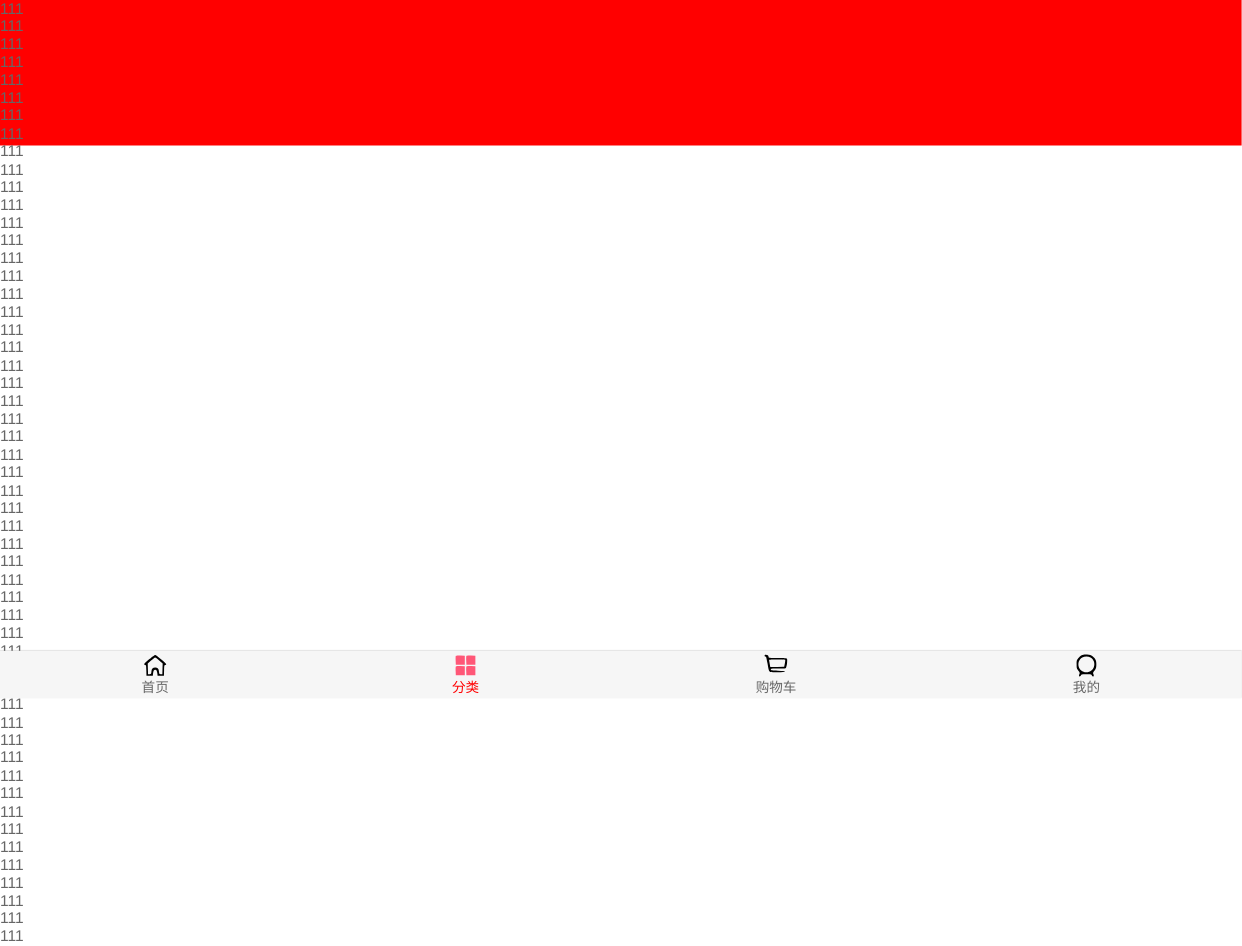
Repository: shihaowengit/mall
Page: /category
These files come from the project's save history. The page is drawn as it stood at one moment and after the next save; the edit follows.
The browser window is 1280 px wide. The pictures show the whole page, at 97% of full size.
The project was rebuilt for these pictures with package versions that can differ from the ones it lists, and the page was loaded fresh each time. Also part of the build but not shown: vue.config.js.

Above is the page before, as saved 2019-12-01 18:40:07.

### public/index.html
<!DOCTYPE html>
<html lang="en">
  <head>
    <meta charset="utf-8">
    <meta http-equiv="X-UA-Compatible" content="IE=edge">
    <meta name="viewport" content="width=device-width,initial-scale=1.0">
    <link rel="icon" href="<%= BASE_URL %>favicon.ico">
    <title>mail</title>
  </head>
  <body>
    <noscript>
      <strong>We're sorry but mail doesn't work properly without JavaScript enabled. Please enable it to continue.</strong>
    </noscript>
    <div id="app"></div>
    <!-- built files will be auto injected -->
  </body>
</html>

### src/main.js
import Vue from 'vue'
import App from './App.vue'
import router from './router'
import store from './store'

Vue.prototype.$bus = new Vue()

Vue.config.productionTip = false

new Vue({
  router,
  store,
  render: h => h(App)
}).$mount('#app')

### src/App.vue
<template>
  <div id="app">
    <keep-alive exclude="Detail">
      <router-view/>
    </keep-alive>
    <main-tab-bar/>
  </div>
</template>

<script>
import MainTabBar from 'components/content/mainTabBar/MainTabBar'
export default {
  name: 'App',
  components: {
    MainTabBar
  }
}
</script>

<style>
  @import url('./assets/css/base.css');
</style>

### src/router/index.js
import Vue from 'vue'
import VueRouter from 'vue-router'

const Home = () => import('views/home/Home')
const Category = () => import('views/category/Category')
const Cart = () => import('views/cart/Cart')
const Profile = () => import('views/profile/Profile')
const Detail = () => import('views/detail/Detail')


//防止多次点击报错
// const originalPush = VueRouter.prototype.push
// VueRouter.prototype.push = function push(location) {
//   return originalPush.call(this, location).catch(err => err)
// }

Vue.use(VueRouter)

const routes = [
  {
    path: '',
    redirect: '/home'
  },
  {
    path: '/home',
    component: Home
  },
  {
    path: '/category',
    component: Category
  },
  {
    path: '/cart',
    component: Cart
  },
  {
    path: '/profile',
    component: Profile
  },
  {
    path: '/detail/:iid',
    component: Detail
  }
]

const router = new VueRouter({
  mode: 'history',
  base: process.env.BASE_URL,
  routes
})

export default router

### src/assets/css/base.css
@import "./normalize.css";

:root {
  --color-text: #666;
  --color-high-text: #ff5777;
  --color-tint: #ff8198;
  --color-background: #fff;
  --font-size: 14px;
  --line-height: 1.5;
}

*,
*::before,
*::after {
  margin: 0;
  padding: 0;
  box-sizing: border-box;
}

body {
  font-family: "Helvetica Neue",Helvetica,"PingFang SC","Hiragino Sans GB","Microsoft YaHei","微软雅黑",Arial,sans-serif;
  user-select: none; /* 禁止用户鼠标在页面上选中文字/图片等 */
  -webkit-tap-highlight-color: transparent; /* webkit是苹果浏览器引擎，tap点击，highlight背景高亮，color颜色，颜色用数值调节 */
  background: var(--color-background);
  color: var(--color-text);
  /* rem vw/vh */
  width: 100vw;
}

a {
  color: var(--color-text);
  text-decoration: none;
}


.clear-fix::after {
  clear: both;
  content: '';
  display: block;
  width: 0;
  height: 0;
  visibility: hidden;
}

.clear-fix {
  zoom: 1;
}

.left {
  float: left;
}

.right {
  float: right;
}

### src/components/content/mainTabBar/MainTabBar.vue
<template>
  <tab-bar>
    <tab-bar-item path="/home">
      <template v-slot:item-icon>
        <img src="~assets/img/tabbar/home.svg" alt="">
      </template>
      <template v-slot:item-active-icon>
        <img src="~assets/img/tabbar/home_active.svg" alt="">
      </template>
      <template v-slot:item-text>
        <div>首页</div>
      </template>
    </tab-bar-item>
    <tab-bar-item path="/category">
      <template v-slot:item-icon>
        <img src="~assets/img/tabbar/category.svg" alt="">
      </template>
      <template v-slot:item-active-icon>
        <img src="~assets/img/tabbar/category_active.svg" alt="">
      </template>
      <template v-slot:item-text>
        <div>分类</div>
      </template>
    </tab-bar-item>
    <tab-bar-item path="/cart">
      <template v-slot:item-icon>
        <img src="~assets/img/tabbar/shopcart.svg" alt="">
      </template>
      <template v-slot:item-active-icon>
        <img src="~assets/img/tabbar/shopcart_active.svg" alt="">
      </template>
      <template v-slot:item-text>
        <div>购物车</div>
      </template>
    </tab-bar-item>
    <tab-bar-item path="/profile">
      <template v-slot:item-icon>
        <img src="~assets/img/tabbar/profile.svg" alt="">
      </template>
      <template v-slot:item-active-icon>
        <img src="~assets/img/tabbar/profile_active.svg" alt="">
      </template>
      <template v-slot:item-text>
        <div>我的</div>
      </template>
    </tab-bar-item>
  </tab-bar>
</template>

<script>
  import TabBar from 'components/common/tabbar/TabBar'
  import TabBarItem from 'components/common/tabbar/TabBarItem'

  export default {
    name: "MainTabBar",
    components: {
      TabBar,
      TabBarItem
    }
  }
</script>

<style scoped>

</style>

### src/views/category/Category.vue
<template>
  <div class="wrapper">
    <ul class="content">
      <li>111</li>
      <li>111</li>
      <li>111</li>
      <li>111</li>
      <li>111</li>
      <li>111</li>
      <li>111</li>
      <li>111</li>
      <li>111</li>
      <li>111</li>
      <li>111</li>
      <li>111</li>
      <li>111</li>
      <li>111</li>
      <li>111</li>
      <li>111</li>
      <li>111</li>
      <li>111</li>
      <li>111</li>
      <li>111</li>
      <li>111</li>
      <li>111</li>
      <li>111</li>
      <li>111</li>
      <li>111</li>
      <li>111</li>
      <li>111</li>
      <li>111</li>
      <li>111</li>
      <li>111</li>
      <li>111</li>
      <li>111</li>
      <li>111</li>
      <li>111</li>
      <li>111</li>
      <li>111</li>
      <li>111</li>
      <li>111</li>
      <li>111</li>
      <li>111</li>
      <li>111</li>
      <li>111</li>
      <li>111</li>
      <li>111</li>
      <li>111</li>
      <li>111</li>
      <li>111</li>
      <li>111</li>
      <li>111</li>
      <li>111</li>
      <li>111</li>
      <li>111</li>
      <li>111</li>
    </ul>
  </div>
</template>

<script>
import BScroll from 'better-scroll'

export default {
  name: 'Category',
  data () {
    return {
      scroll: null
    }
  },
  mounted() {
    this.scroll = new BScroll(document.querySelector('.wrapper'))
  }
}
</script>

<style scoped>
  .wrapper{
    height: 150px;
    background-color: #ff0000
  }
</style>

### src/components/common/tabbar/TabBar.vue
<template>
  <div id="tab-bar">
    <slot></slot>
  </div>
</template>

<script>
export default {
  name: 'TabBar'
};
</script>

<style>
  #tab-bar {
    display: flex;
    background-color: #f6f6f6;

    position: fixed;
    left: 0;
    right: 0;
    bottom: 0;

    box-shadow: 0 -1px 1px rgba(100, 100, 100, 0.2);
  }
</style>

### src/components/common/tabbar/TabBarItem.vue
<template>
  <div class="tab-bar-item" @click="itemClick">
    <div v-if="!isActive">
      <slot name="item-icon"></slot>
    </div>
    <div v-else>
      <slot name="item-active-icon"></slot>
    </div>
    <div :style="activeStyle">
      <slot name="item-text"></slot>
    </div>
  </div>
</template>

<script>
export default {
  name: 'TabBarItem',
  props: {
    path: String,
    activeColor: {
      type: String,
      default: 'red'
    }
  },
  data() {
    return {
      // isActive: true
    }
  },
  methods: {
    itemClick() {
      this.$router.push(this.path);
    }
  },
  computed: {
    activeStyle() {
      return this.isActive ? {color: this.activeColor} : {}
    },
    isActive() {
      return this.$route.path.indexOf(this.path) !== -1
    }
  }
};
</script>

<style>
  .tab-bar-item {
    flex: 1;
    text-align: center;
    height: 49px;
    font-size: 14px;
  }

  .tab-bar-item img {
    width: 24px;
    height: 24px;
    margin-top: 3px;
    vertical-align: middle;
    margin-bottom: 2px;
  }
</style>

Loaded but not shown: src/store/index.js (common file); src/assets/css/normalize.css (library)

After the next save:
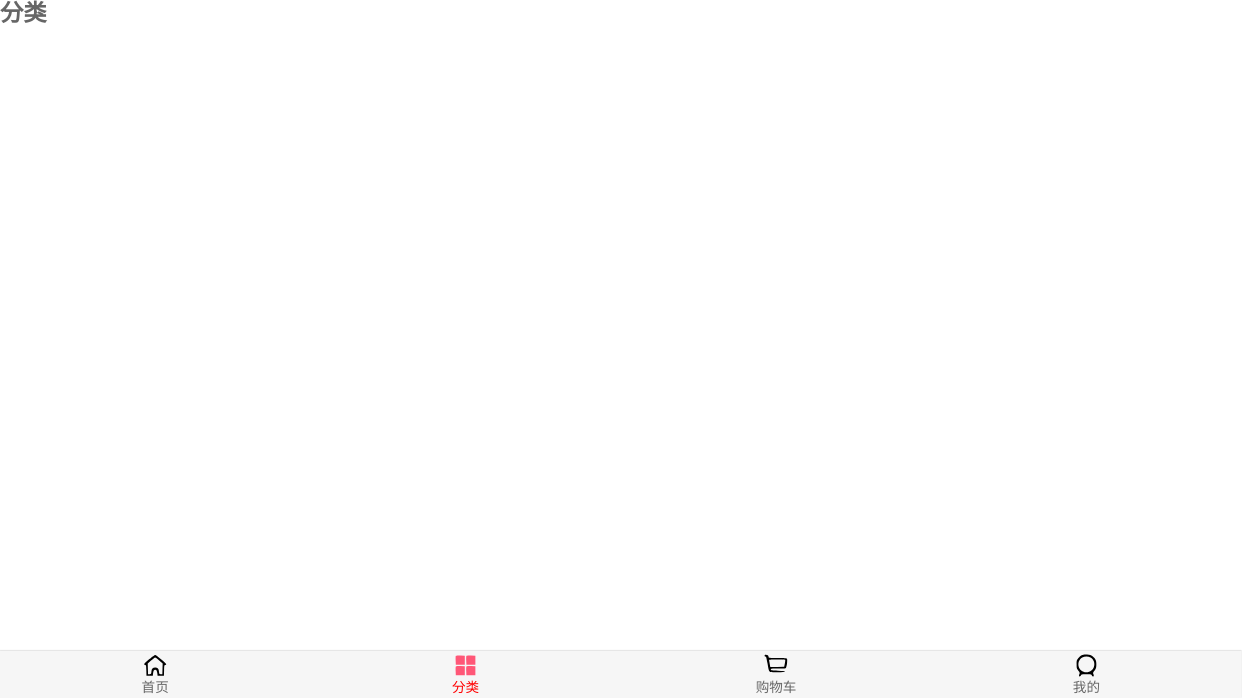
Saved 6 min 55 s later.
--- a/src/views/category/Category.vue
+++ b/src/views/category/Category.vue
@@ -1,61 +1,5 @@
 <template>
-  <div class="wrapper">
-    <ul class="content">
-      <li>111</li>
-      <li>111</li>
-      <li>111</li>
-      <li>111</li>
-      <li>111</li>
-      <li>111</li>
-      <li>111</li>
-      <li>111</li>
-      <li>111</li>
-      <li>111</li>
-      <li>111</li>
-      <li>111</li>
-      <li>111</li>
-      <li>111</li>
-      <li>111</li>
-      <li>111</li>
-      <li>111</li>
-      <li>111</li>
-      <li>111</li>
-      <li>111</li>
-      <li>111</li>
-      <li>111</li>
-      <li>111</li>
-      <li>111</li>
-      <li>111</li>
-      <li>111</li>
-      <li>111</li>
-      <li>111</li>
-      <li>111</li>
-      <li>111</li>
-      <li>111</li>
-      <li>111</li>
-      <li>111</li>
-      <li>111</li>
-      <li>111</li>
-      <li>111</li>
-      <li>111</li>
-      <li>111</li>
-      <li>111</li>
-      <li>111</li>
-      <li>111</li>
-      <li>111</li>
-      <li>111</li>
-      <li>111</li>
-      <li>111</li>
-      <li>111</li>
-      <li>111</li>
-      <li>111</li>
-      <li>111</li>
-      <li>111</li>
-      <li>111</li>
-      <li>111</li>
-      <li>111</li>
-    </ul>
-  </div>
+  <h2>分类</h2>
 </template>
 
 <script>
